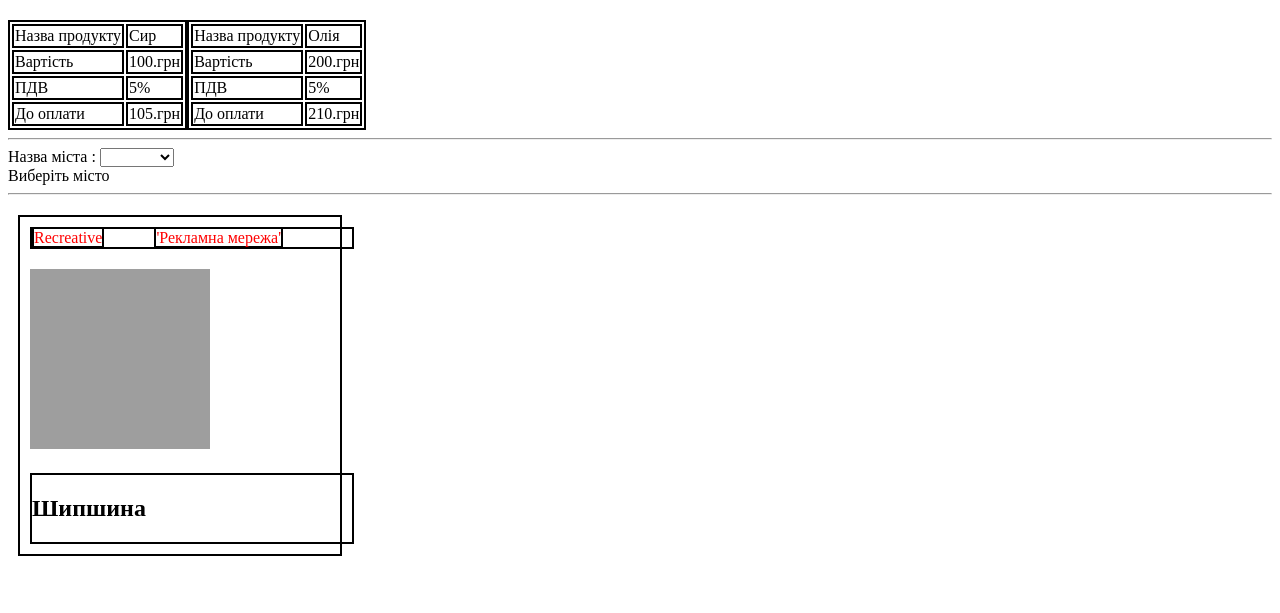
Repository: AnatoliyZaporozhets/HomeTask
Page: / (app in HomeWork_1/)
The author's editor kept a copy of each file at every save. The page is drawn from the files as they stood at one save, then again after the next save.
The browser window is 1280 px wide. The pictures show the whole page.
Pictures or frames that could not be fetched are drawn as grey boxes. The project was rebuilt for these pictures with package versions that can differ from the ones it lists, and the page was loaded fresh each time.

Above is the page before, as saved 2022-04-12 21:04:03.

### HomeWork_1/src/App.vue
<template>
  <div>
    <!-- <img alt="Vue logo" src="./assets/logo.png" /> -->
    <!-- 3. Використовуємо -->
    <products-list :product-list-data="listData" />
    <hr>
    <weather
     :wetherData='weatherDataList'
    />
    <hr>
    <banner-list
    :bannerListData='bannerData'
    />

  </div>
</template>

<script>
//1.Імпортуємо компонент
import ProductsList from './components/ProductsList'
import Weather from './components/Weather'
import BannerList from './components/BannerList'
export default {
  name: 'App',
  components: {
    //2.Реєструємо
    ProductsList,
    Weather,
    BannerList
  },

  data() {
    return {
      listData: [
        {
          id: 1,
          productName: 'Сир',
          price: 100,

        },
        {
          id: 2,
          productName: 'Олія',
          price:200,

        },
      ],
      weatherDataList:[
        {
          id:12,
          nameCity:'Ужгород',
          day:12,
          temperature:12,
          humidity:82,
          atmosphericPressure:742,
          windSpeed:2

        },
        {
          id:13,
          nameCity:'Київ',
          day:13,
          temperature:13,
          humidity:83,
          atmosphericPressure:743,
          windSpeed:3

        },
        {
          id:14,
          nameCity:'Харків',
          day:14,
          temperature:14,
          humidity:84,
          atmosphericPressure:744,
          windSpeed:4

        },
      ]
      ,
      bannerData:[
        {
          id:1,
          name:'Шипшина',
          img:'https://encrypted-tbn0.gstatic.com/images?q=tbn:ANd9GcSk21azxKyx0qXvegHq3pSXs49D-UCsi5gBQg&usqp=CAU',
        },
      ]
    }
  },
}
</script>

<style>
#app {

  /* text-align: center; */

  margin-top: 20px;
}
</style>

### HomeWork_1/src/components/ProductsList/index.vue
<template>
  <div class="list-container">
    <product-card
      v-for="product in productListData"
      :key="product.id"
      :productName="product.productName"
      :price="product.price"
      :pdv="product.pdv"
    />
  </div>
</template>

<script>
import ProductCard from './ProductCard'
export default {
  name: 'ProductList',

  components: {
    ProductCard,
  },

  props: {
    productListData: {
      type: Array,
      default: () => [], //Якщо об"єкт - то функція, що повертає значення
    },
  },
}
</script>

<style lang="css" scoped>
.list-container {
  display: flex;
}
</style>

### HomeWork_1/src/components/Weather/index.vue
<template>
    <div>
        <label>
          Назва міста :
          <select v-model="searchCityTitle">
            <option
              v-for="wether in wetherData"
              :key="wether.id"
              :value="wether.nameCity"
            >
              {{wether.nameCity}}

            </option>
          </select>
        </label>
      </div>
      <div v-if="searchCityTitle">
   <div v-for="weather in filteredWetherListData" :key="weather.id">
     <div>День : {{weather.day}}</div>
     <div> Температура : {{weather.temperature}} С</div>
     <div class="weather">
        <h2>Погодні умови : </h2>
           <ul style="list-style-type:none;">
           <li>Вологість:{{weather.humidity}}%</li>
           <li>Тиск:{{weather.atmosphericPressure}}.атм</li>
           <li>Швидкість вітру{{weather.windSpeed}} м/с</li>
         </ul>
      </div>
   </div>
   </div>
   <div v-else>Виберіть місто</div>
</template>

<script>
    export default {
  name: 'Weather',

  props: {
    wetherData: {
      type: Array,
      default: () => [],
    },
  },

    data(){
        return{
          searchCityTitle: null
        }
    },
    computed:{
        filteredWetherListData(){
           return  this.wetherData.filter((wether) =>
          wether.nameCity.includes(this.searchCityTitle
        ));
    }}}
</script>

<style lang="css" scoped>
.weather{
  border: 2px solid black;
}
</style>

### HomeWork_1/src/components/BannerList/index.vue
<template>
    <div>
        <banner v-for="banner in bannerListData"
        :key="banner.id"
        :img='banner.img'
        :name='banner.name'

        />
    </div>
</template>

<script>
import Banner from './Banner'
 export default {
        name: 'BannerList',

        components:{
            Banner,
        },
    props:{
        bannerListData:{
            type: Array,
            default:()=>[]
        },
        },
    }

</script>

<style lang="css" scoped>

</style>

### HomeWork_1/src/components/ProductsList/ProductCard/index.vue
<template>
  <div class="container">
    <table>
        <tr>
            <td>Назва продукту</td>
            <td>{{productName}}</td>
        </tr>
        <tr>
            <td>Вартість</td>
            <td>{{price}}.грн</td>
        </tr>
        <tr>
            <td>ПДВ</td>
            <td>{{pdv}}%</td>
        </tr>
        <tr>
            <td>До оплати</td>
            <td>{{ (price*((100+pdv)/100))}}.грн</td>
        </tr>
    </table>
  </div>
</template>

<script>
export default {
  name: 'ProductCard',

  props: {
    productName: {
      type: String,
      required: true,
    },
    price: {
      type: Number,
      required: true,
    },
    pdv: {
      type: Number,
      default: 5,
    },
  },

}
</script>

<style lang="css" scoped>
.container{
    border: 2px solid black;
}
td{
  border: 2px solid black;
}
</style>

### HomeWork_1/src/components/BannerList/Banner/index.vue
<template>
    <div id="app">
        <div>
            <label class="label">Recreative</label>
            <label class="label">'Рекламна мережа'</label>
        </div>

            <img :src="img" alt="">


        <div>
            <h2>{{name}}</h2>
        </div>
    </div>
</template>

<script>
    export default {
        name:'Banner',
        props: {
    img: {
      type: String,
      required: true,
    },
    name: {
      type: String,
      required: true,
    },
  },
    }
</script>

<style lang="css" scoped>
img{
    margin: 10px;
    height: 180px;
    width: 180px;
}
.label{
   color: red;
   margin-right:  50px; ;
   border: 2px solid black;

}
div{
 margin: 10px;
    border: 2px solid black;
    width: 320px;
}
#app{

}
</style>

Loaded but not shown: HomeWork_1/public/index.html (common file); HomeWork_1/src/main.js (common file)

After the next save:
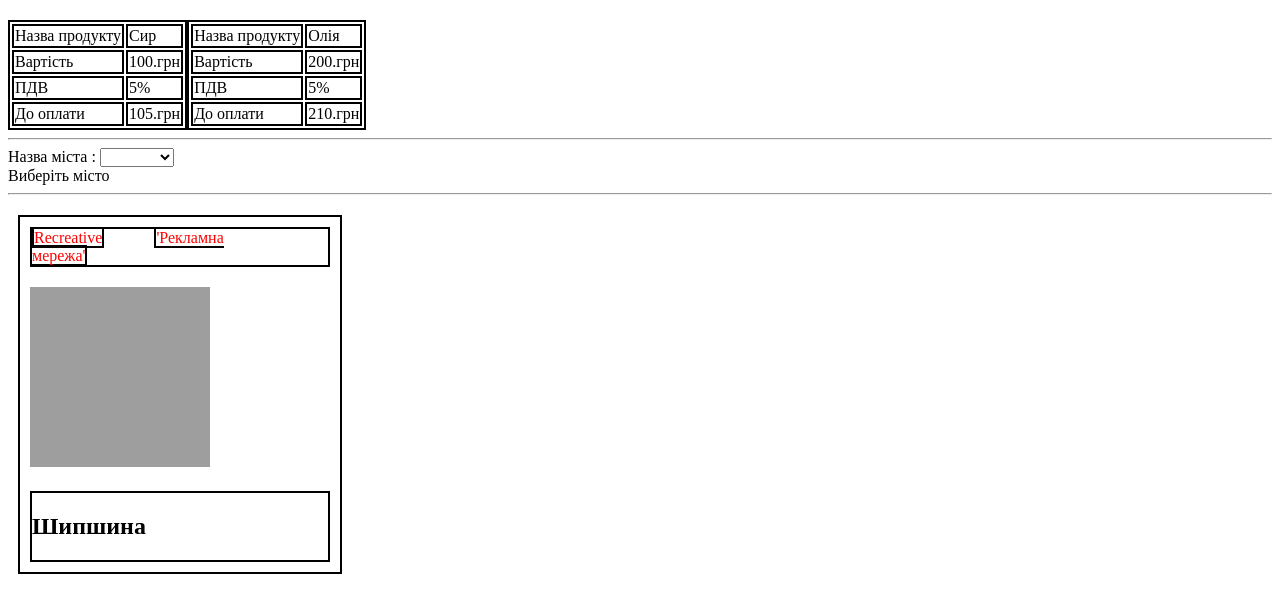
Saved 26 s later.
--- a/HomeWork_1/src/components/BannerList/Banner/index.vue
+++ b/HomeWork_1/src/components/BannerList/Banner/index.vue
@@ -45,9 +45,9 @@ img{
 div{
  margin: 10px;
     border: 2px solid black;
-    width: 320px;
+
 }
 #app{
-
+width: 320px;
 }
 </style>
